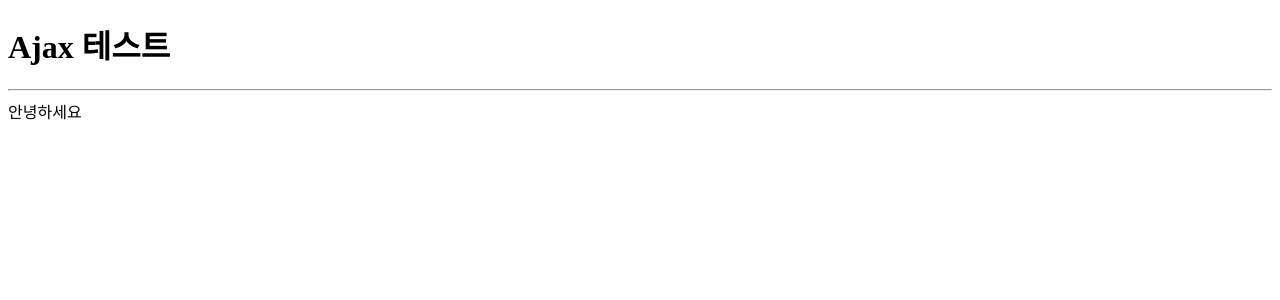
Repository: cwj2306/blog_project_2
Page: http://localhost/blog/test/ajaxtest.jsp
An editor plug-in stored every save of this project. The page is shown before and after the next save, followed by the edit.
The browser window is 1280 px wide. The pictures show the whole page.
The page is served by Tomcat 9. Nobody is signed in. The application's start-up code is not run.

Above is the page before, as saved 2019-11-01 02:43:09.

After the next save:
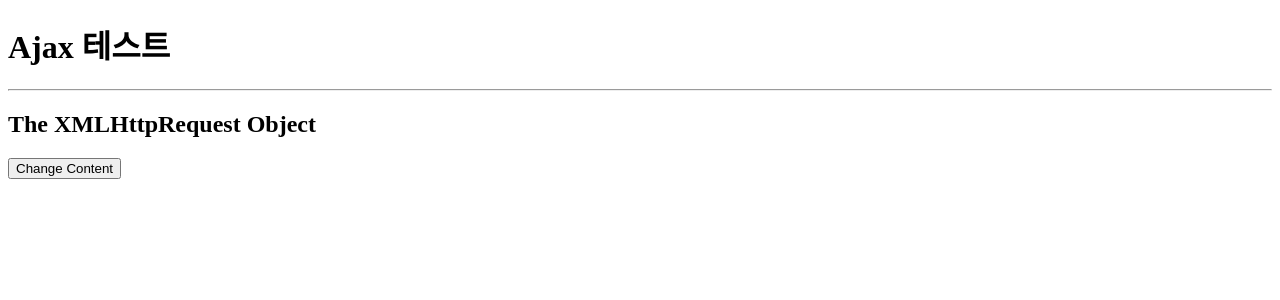
Saved 9 min 18 s later.
--- a/blog/WebContent/test/ajaxtest.jsp
+++ b/blog/WebContent/test/ajaxtest.jsp
@@ -1,5 +1,4 @@
-<%@ page language="java" contentType="text/html; charset=UTF-8"
-    pageEncoding="UTF-8"%>
+<%@ page language="java" contentType="text/html; charset=UTF-8" pageEncoding="UTF-8"%>
 <!DOCTYPE html>
 <html>
 <head>
@@ -9,10 +8,25 @@
 <body>
 
 	<h1>Ajax 테스트</h1>
-	<hr/>
-	<div id="content">
-		안녕하세요
+	<hr />
+
+	<div id="demo">
+		<h2>The XMLHttpRequest Object</h2>
+		<button type="button" onclick="loadDoc()">Change Content</button>
 	</div>
+
+	<script>
+		function loadDoc() {
+			var xhttp = new XMLHttpRequest();
+			xhttp.onreadystatechange = function() {
+				if (this.readyState == 4 && this.status == 200) {
+					document.getElementById("demo").innerHTML = this.responseText;
+				}
+			};
+			xhttp.open("GET", "ajax_info.txt", true);
+			xhttp.send();
+		}
+	</script>
 
 </body>
 </html>
